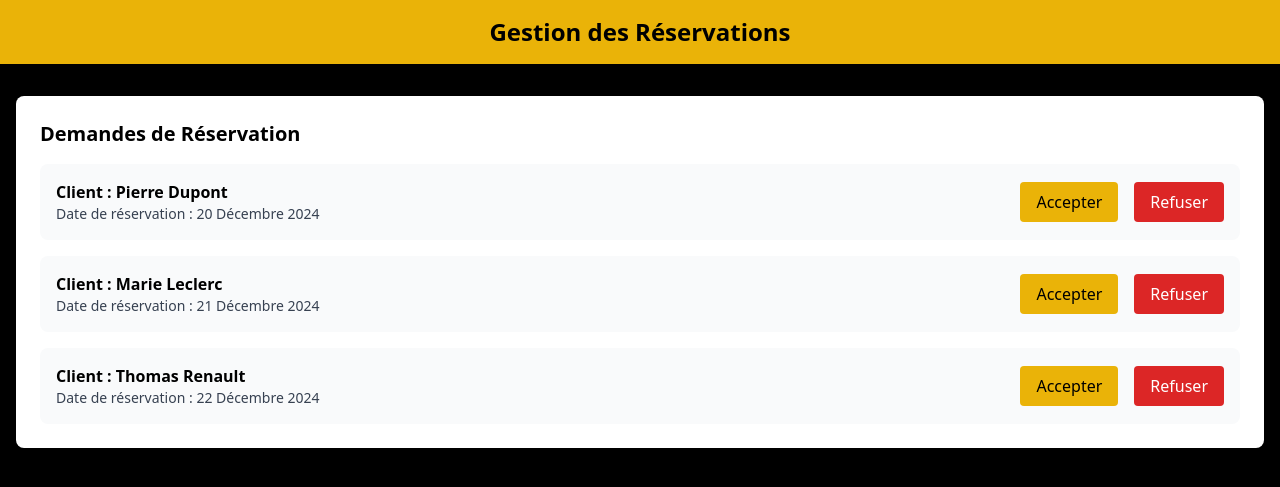
Repository: HamzaChehlaoui/Site-Web-pour-un-Chef-Cuisinier
Page: http://localhost/reservation.php
An editor plug-in stored every save of this project. The page is shown before and after a run of saves, followed by the edit.
The browser window is 1280 px wide. The pictures show the whole page.
Some web libraries are served in a nearby version. The page is run by PHP 8.4 with error messages shown; the project is at /var/www/html/.

Above is the page before, as saved 2024-12-18 12:26:23.

### reservation.php
<!DOCTYPE html>
<html lang="fr">

<head>
    <meta charset="UTF-8">
    <meta name="viewport" content="width=device-width, initial-scale=1.0">
    <title>Gestion des Réservations</title>
    <!-- Tailwind CSS CDN -->
    <script src="https://cdn.tailwindcss.com"></script>
</head>

<body class="bg-black text-white font-sans">

    <!-- Header -->
    <header class="bg-yellow-500 text-black py-4 text-center">
        <h1 class="text-2xl font-bold">Gestion des Réservations</h1>
    </header>

    <!-- Main Content -->
    <main class="container mx-auto my-8 px-4">
        <div class="bg-white shadow-md rounded-lg p-6">
            <h2 class="text-xl font-semibold text-black mb-4">Demandes de Réservation</h2>

            <!-- Reservation Request List -->
            <div class="space-y-4">
                <!-- Reservation 1 -->
                <div class="flex justify-between items-center bg-gray-50 p-4 rounded-lg">
                    <div>
                        <h3 class="font-semibold text-black">Client : Pierre Dupont</h3>
                        <p class="text-sm text-gray-700">Date de réservation : 20 Décembre 2024</p>
                    </div>
                    <div class="flex space-x-4">
                        <button class="bg-yellow-500 text-black py-2 px-4 rounded hover:bg-yellow-600 focus:outline-none">
                            Accepter
                        </button>
                        <button class="bg-red-600 text-white py-2 px-4 rounded hover:bg-red-700 focus:outline-none">
                            Refuser
                        </button>
                    </div>
                </div>

                <!-- Reservation 2 -->
                <div class="flex justify-between items-center bg-gray-50 p-4 rounded-lg">
                    <div>
                        <h3 class="font-semibold text-black">Client : Marie Leclerc</h3>
                        <p class="text-sm text-gray-700">Date de réservation : 21 Décembre 2024</p>
                    </div>
                    <div class="flex space-x-4">
                        <button class="bg-yellow-500 text-black py-2 px-4 rounded hover:bg-yellow-600 focus:outline-none">
                            Accepter
                        </button>
                        <button class="bg-red-600 text-white py-2 px-4 rounded hover:bg-red-700 focus:outline-none">
                            Refuser
                        </button>
                    </div>
                </div>

                <!-- Reservation 3 -->
                <div class="flex justify-between items-center bg-gray-50 p-4 rounded-lg">
                    <div>
                        <h3 class="font-semibold text-black">Client : Thomas Renault</h3>
                        <p class="text-sm text-gray-700">Date de réservation : 22 Décembre 2024</p>
                    </div>
                    <div class="flex space-x-4">
                        <button class="bg-yellow-500 text-black py-2 px-4 rounded hover:bg-yellow-600 focus:outline-none">
                            Accepter
                        </button>
                        <button class="bg-red-600 text-white py-2 px-4 rounded hover:bg-red-700 focus:outline-none">
                            Refuser
                        </button>
                    </div>
                </div>
            </div>
        </div>
    </main>

</body>

</html>

After the next 2 saves:
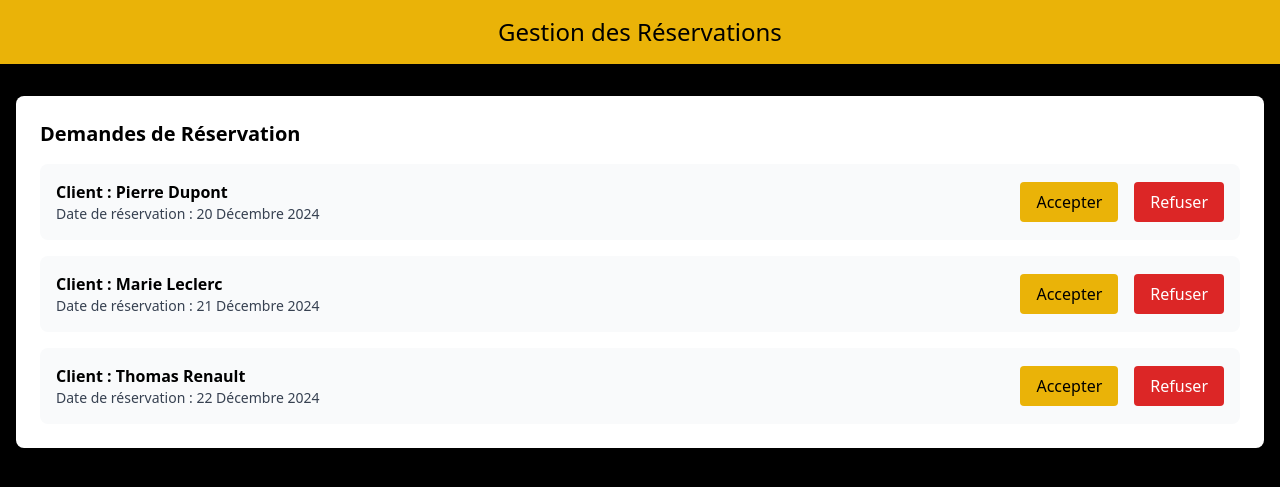
The 2 saves are shown as one change because they came seconds apart.
The last was saved 92 s later.
--- a/reservation.php
+++ b/reservation.php
@@ -13,7 +13,7 @@
 
     <!-- Header -->
     <header class="bg-yellow-500 text-black py-4 text-center">
-        <h1 class="text-2xl font-bold">Gestion des Réservations</h1>
+        <h1 class="text-2xl font-boldtext ">Gestion des Réservations</h1>
     </header>
 
     <!-- Main Content -->

After the 5 saves that followed:
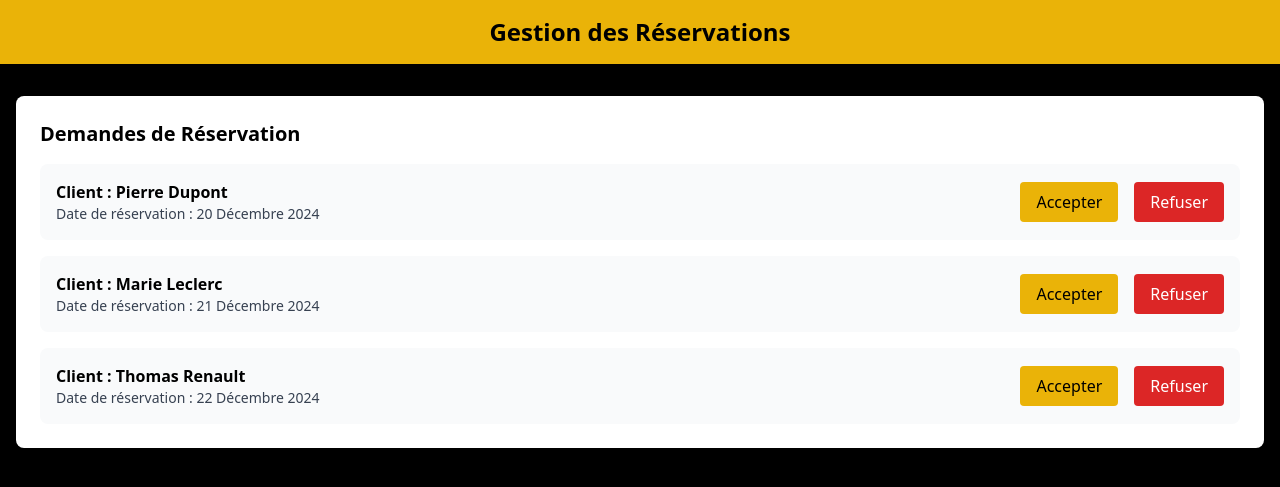
The 5 saves are shown as one change because they came seconds apart.
The last was saved 13 s later.
--- a/reservation.php
+++ b/reservation.php
@@ -13,7 +13,7 @@
 
     <!-- Header -->
     <header class="bg-yellow-500 text-black py-4 text-center">
-        <h1 class="text-2xl font-boldtext ">Gestion des Réservations</h1>
+        <h1 class="text-2xl font-bold text-[yellow-500] ">Gestion des Réservations</h1>
     </header>
 
     <!-- Main Content -->
